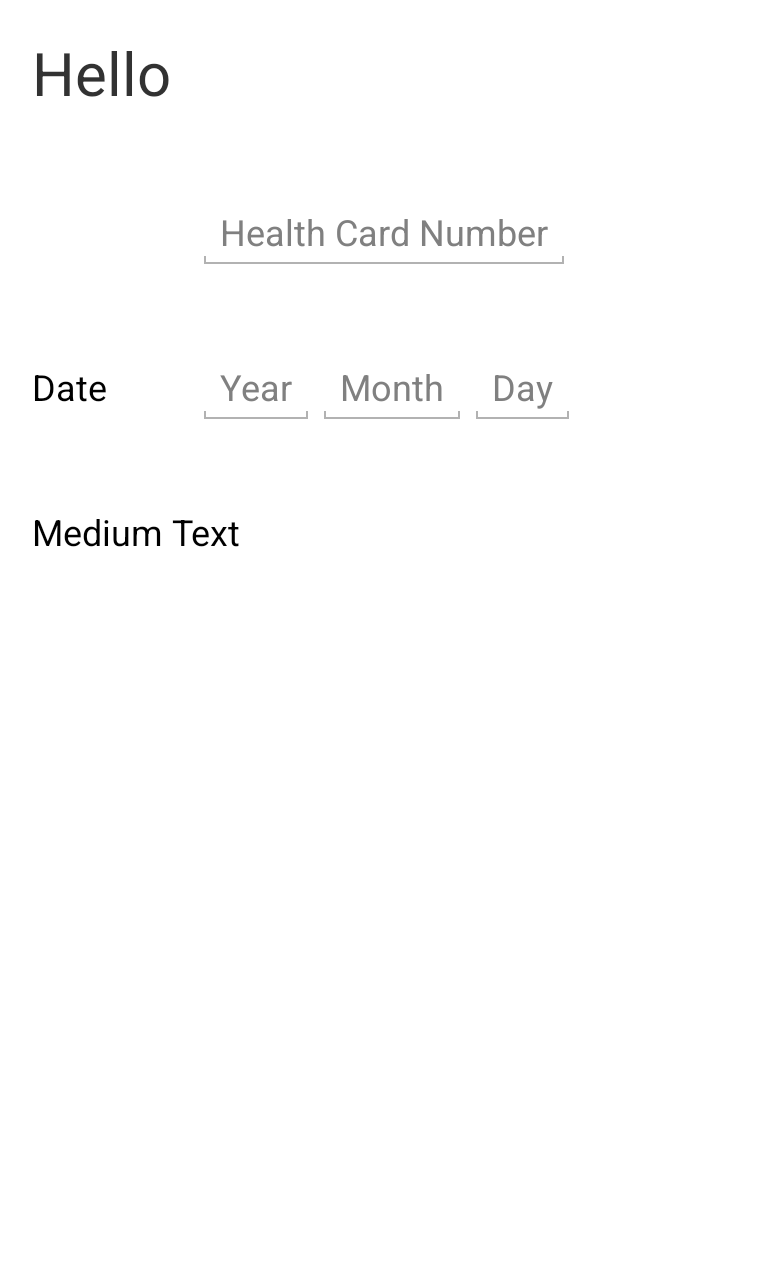
Repository: wangyuan0915/ER
Layout: workspace2/phase3/res/layout/activity_check_time.xml
An editor plug-in stored every save of this project. The layout is shown before and after the next save, followed by the edit.
It is drawn on a 768 x 1280 px phone screen (xhdpi) without system bars, with theme AppTheme; the app's code is not run.

Above is the layout before, as saved 2013-11-25 04:18:39.

After the next save:
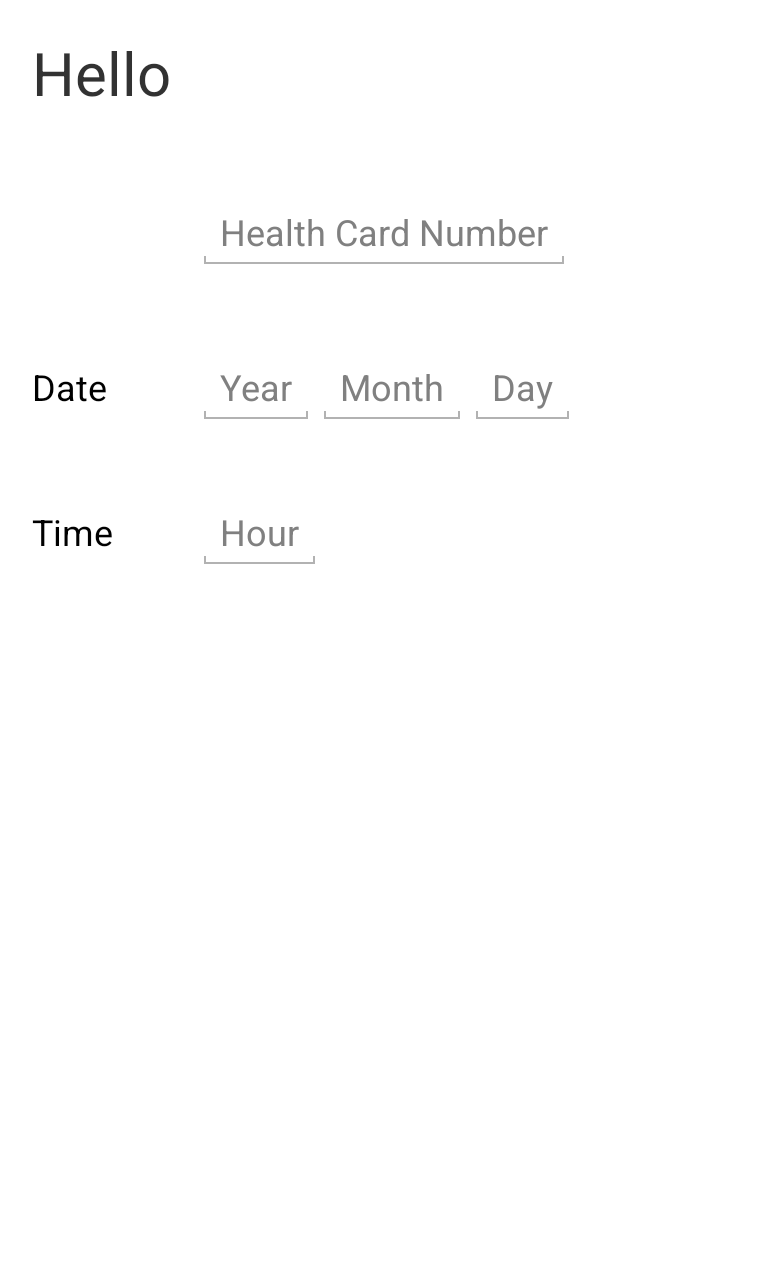
Saved 55 s later.
--- a/workspace2/phase3/res/layout/activity_check_time.xml
+++ b/workspace2/phase3/res/layout/activity_check_time.xml
@@ -75,7 +75,17 @@
         android:layout_alignLeft="@+id/date1"
         android:layout_below="@+id/year1"
         android:layout_marginTop="40dp"
-        android:text="Medium Text"
+        android:text="@string/Time"
+        android:textAppearance="?android:attr/textAppearanceMedium" />
+
+    <EditText
+        android:id="@+id/hour1"
+        android:layout_width="wrap_content"
+        android:layout_height="wrap_content"
+        android:layout_alignBaseline="@+id/time1"
+        android:layout_alignBottom="@+id/time1"
+        android:layout_alignLeft="@+id/year1"
+        android:hint="@string/Hour"
         android:textAppearance="?android:attr/textAppearanceMedium" />
 
 </RelativeLayout>
